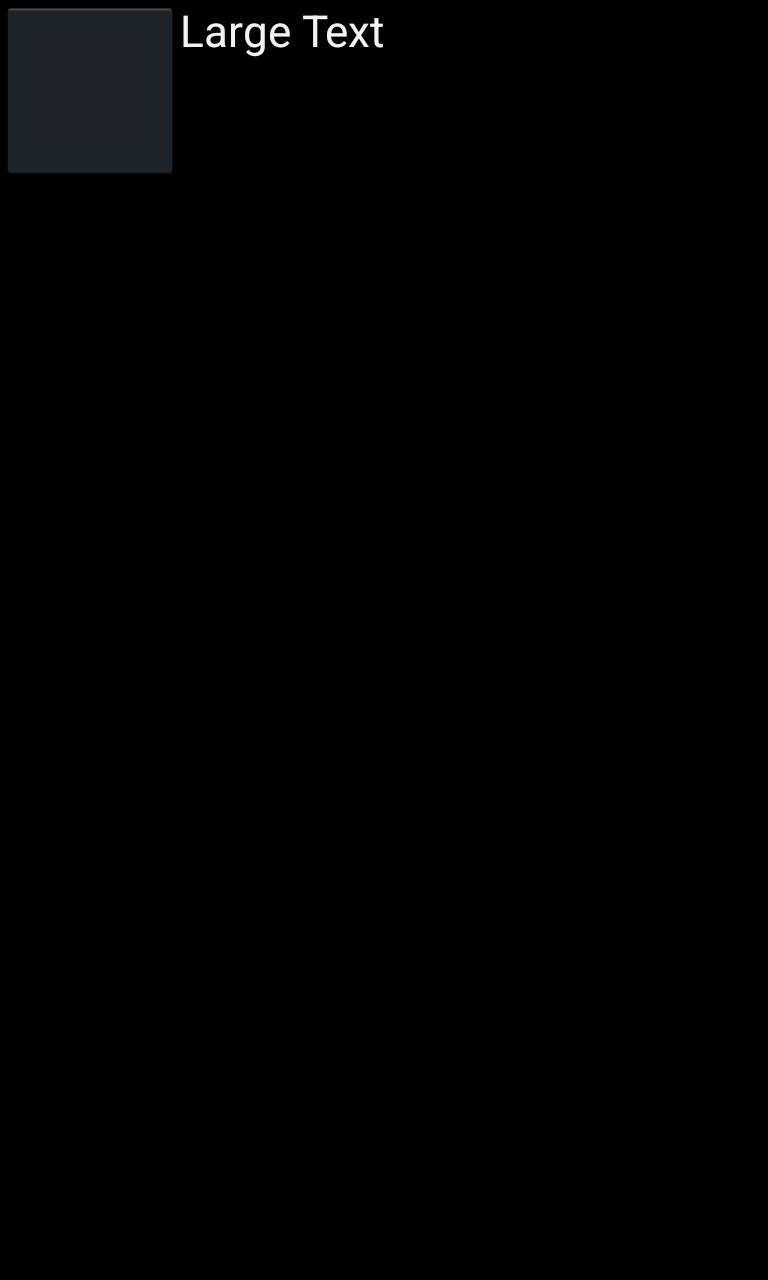
Repository: prayasjain/BunkMonitorApp
Layout: BunkMonitor/res/layout/subject_input.xml
An editor plug-in stored every save of this project. The layout is shown before and after the next save, followed by the edit.
It is drawn on a 768 x 1280 px phone screen (xhdpi) without system bars, with theme android:Theme.Holo; the app's code is not run.

Above is the layout before, as saved 2015-08-05 10:47:25.

After the next save:
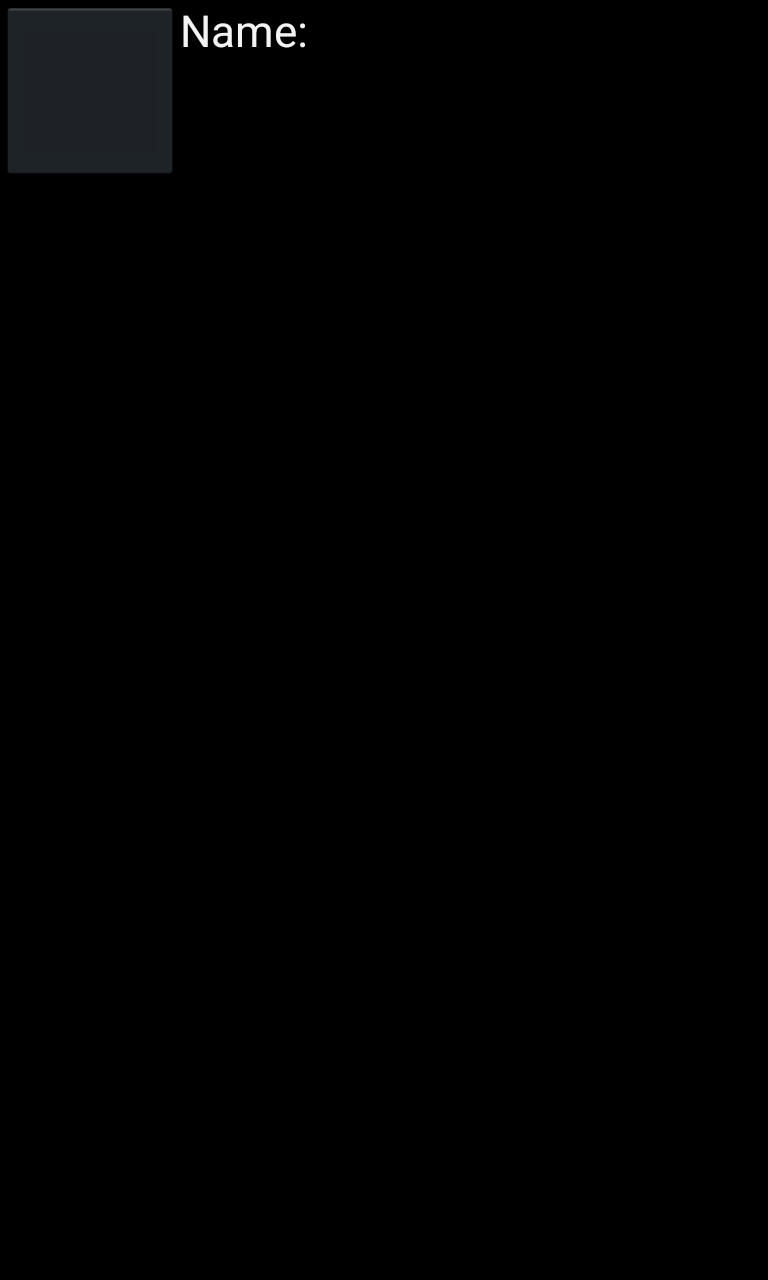
Saved 6 s later.
--- a/BunkMonitor/res/layout/subject_input.xml
+++ b/BunkMonitor/res/layout/subject_input.xml
@@ -23,7 +23,7 @@
                 android:id="@+id/tvName"
                 android:layout_width="wrap_content"
                 android:layout_height="wrap_content"
-                android:text="Large Text"
+                android:text="Name:"
                 android:textAppearance="?android:attr/textAppearanceLarge" />
         </LinearLayout>
     </LinearLayout>
